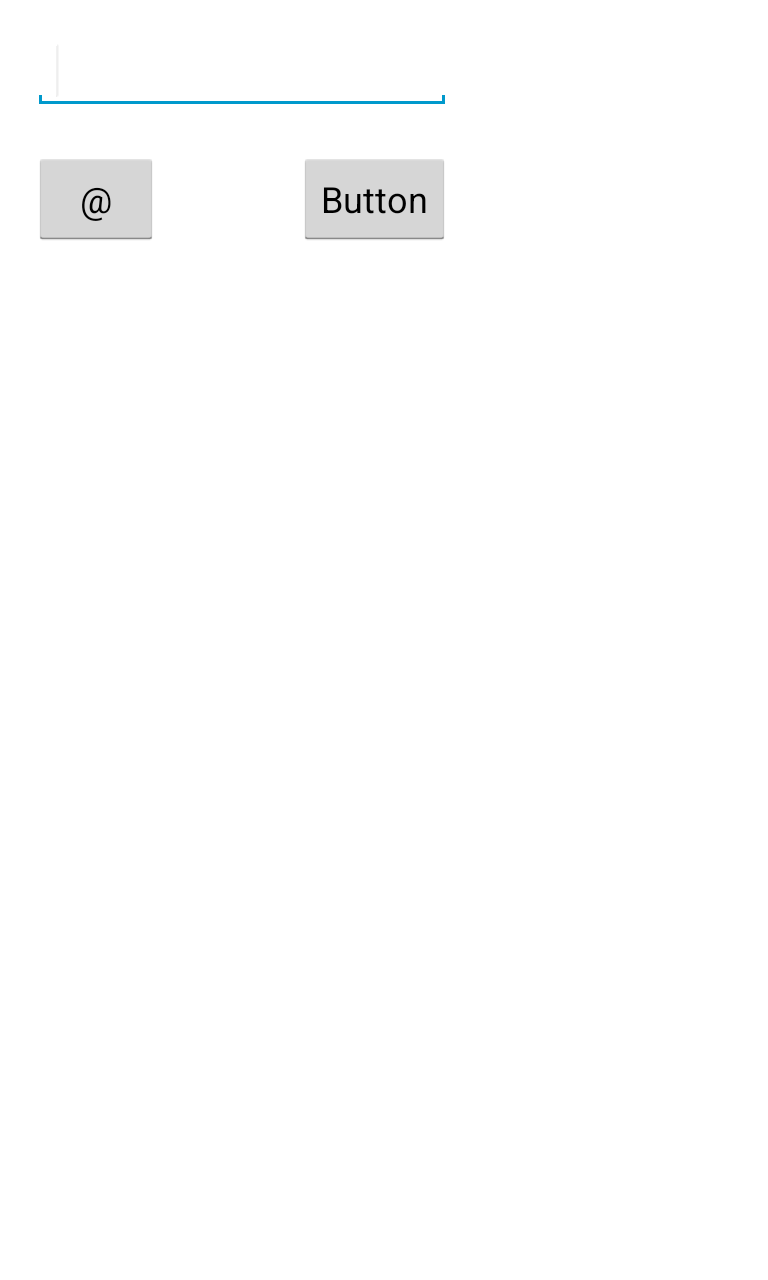
Repository: sstevenmr/SP-Galileo
Layout: Demo/res/layout/activity_main.xml
These files come from the project's save history. The layout is drawn as it stood at one moment and after the next save; the edit follows.
It is drawn on a 768 x 1280 px phone screen (xhdpi) without system bars, with theme AppTheme; the app's code is not run.

Above is the layout before, as saved 2014-01-23 23:23:51.

After the next save:
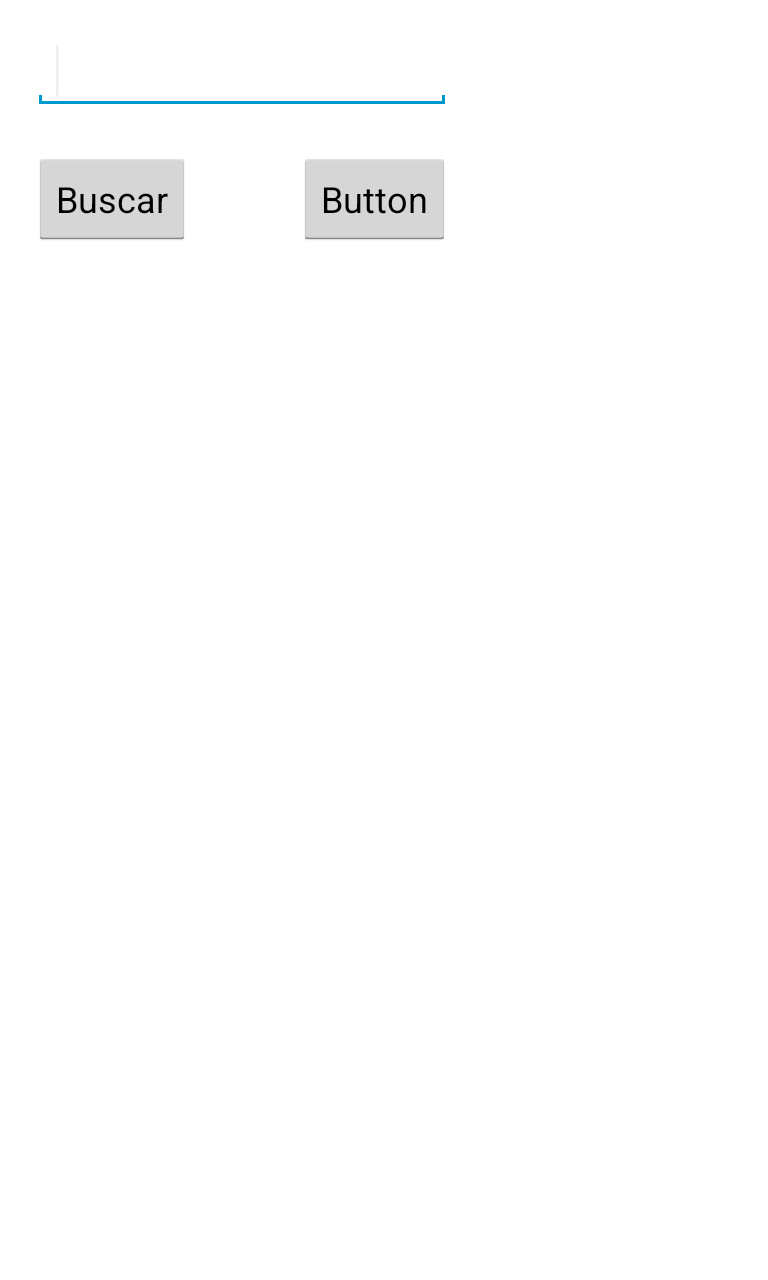
Saved 18 s later.
--- a/Demo/res/layout/activity_main.xml
+++ b/Demo/res/layout/activity_main.xml
@@ -35,6 +35,6 @@
         android:layout_alignLeft="@+id/editTextSearchQuery"
         android:layout_below="@+id/editTextSearchQuery"
         android:layout_marginTop="20dp"
-        android:text="@" />
+        android:text="@string/btn_Search"/>
 
 </RelativeLayout>
